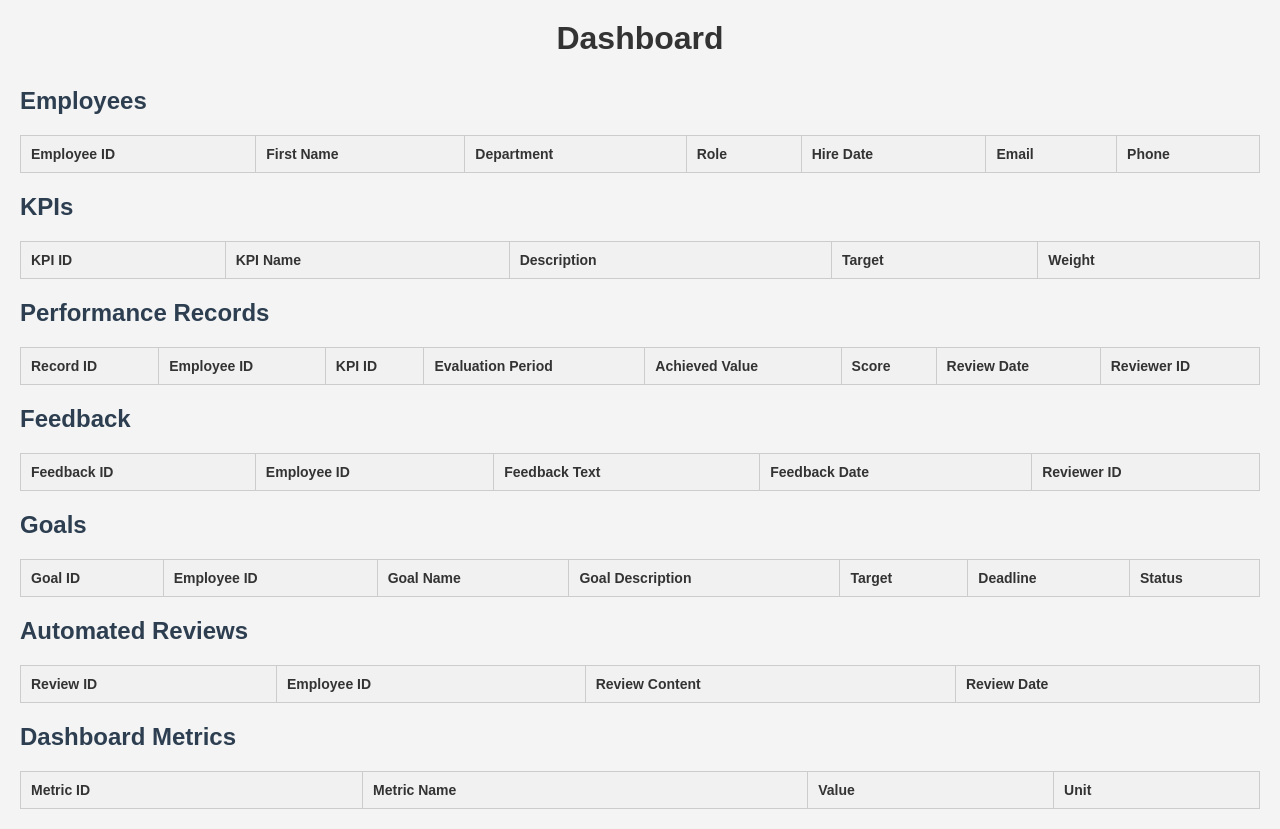
Repository: Wuda2000/Mongodb
Page: http://localhost/dashboard
These files come from the project's save history. The page is drawn as it stood at one moment and after a run of saves; the edit follows.
The browser window is 1280 px wide. The pictures show the whole page.
The page is served by the project's application, run on Flask 3 (app.py). Queries for data that is not in the repository find no rows.

Above is the page before, as saved 2024-11-11 18:26:23.

After the next 2 saves:
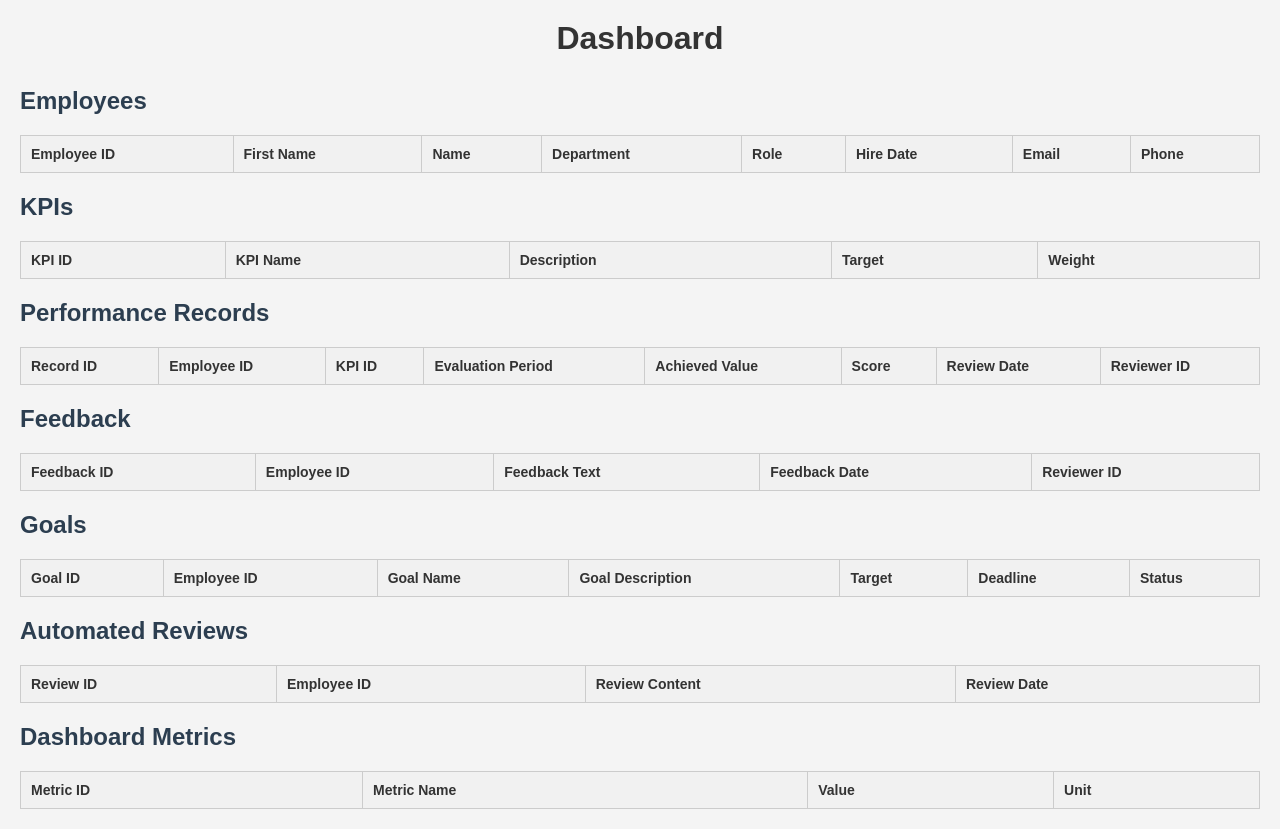
The 2 saves are shown as one change because they came seconds apart.
The last was saved 10 s later.
--- a/templates/dashboard.html
+++ b/templates/dashboard.html
@@ -16,6 +16,7 @@
             <tr>
                 <th>Employee ID</th>
                 <th>First Name</th>
+                <th> Name</th>
                 <th>Department</th>
                 <th>Role</th>
                 <th>Hire Date</th>
